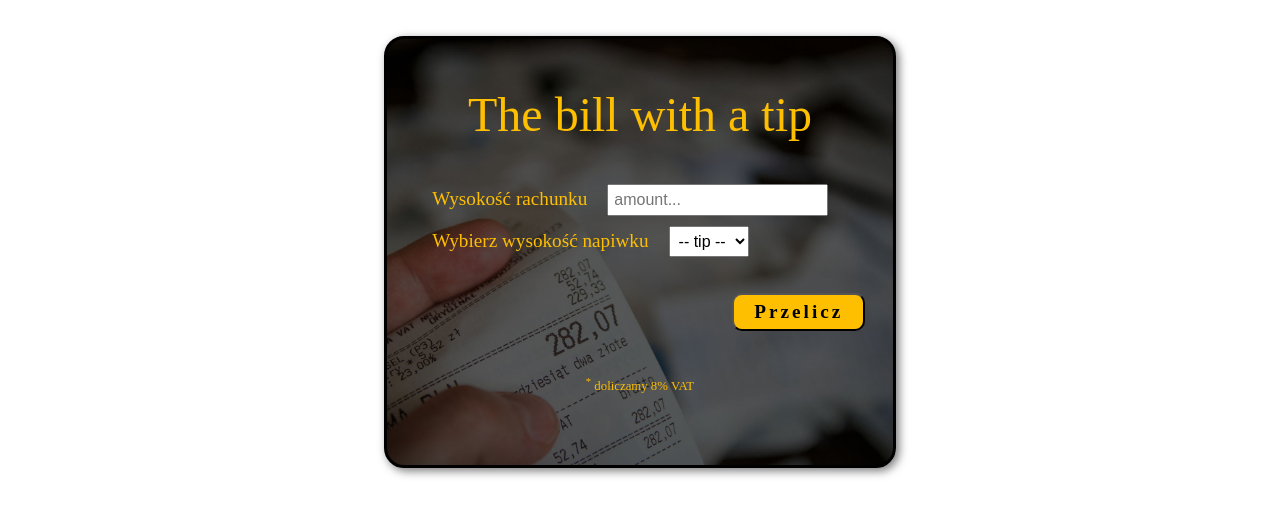
Repository: KrzysKolo/sr_tydzien4_zad1
Page: /
An editor plug-in stored every save of this project. The page is shown before and after the next save, followed by the edit.
The browser window is 1280 px wide. The pictures show the whole page.
Some web fonts or font styles are not loaded; a fallback is used. The project was rebuilt for these pictures with package versions that can differ from the ones it lists, and the page was loaded fresh each time.

Above is the page before, as saved 2020-11-06 14:34:18.

### public/index.html
<!DOCTYPE html>
<html lang="en">
  <head>
    <meta charset="utf-8" />
    <link rel="icon" href="%PUBLIC_URL%/favicon.ico" />
    <meta name="viewport" content="width=device-width, initial-scale=1" />
    <meta name="theme-color" content="#000000" />
    <meta
      name="description"
      content="Web site created using create-react-app"
    />
    <link rel="apple-touch-icon" href="%PUBLIC_URL%/logo192.png" />
    <!--
      manifest.json provides metadata used when your web app is installed on a
      user's mobile device or desktop. See https://developers.google.com/web/fundamentals/web-app-manifest/
    -->
    <link rel="manifest" href="%PUBLIC_URL%/manifest.json" />
    <!--
      Notice the use of %PUBLIC_URL% in the tags above.
      It will be replaced with the URL of the `public` folder during the build.
      Only files inside the `public` folder can be referenced from the HTML.

      Unlike "/favicon.ico" or "favicon.ico", "%PUBLIC_URL%/favicon.ico" will
      work correctly both with client-side routing and a non-root public URL.
      Learn how to configure a non-root public URL by running `npm run build`.
    -->
    <link href="https://fonts.googleapis.com/css2?family=Calligraffitti&family=Shadows+Into+Light+Two&family=Skranji&display=swap" rel="stylesheet">
    <title>Bill and tip</title>
  </head>
  <body>
    <noscript>You need to enable JavaScript to run this app.</noscript>
    <div id="root"></div>
    <!--
      This HTML file is a template.
      If you open it directly in the browser, you will see an empty page.

      You can add webfonts, meta tags, or analytics to this file.
      The build step will place the bundled scripts into the <body> tag.

      To begin the development, run `npm start` or `yarn start`.
      To create a production bundle, use `npm run build` or `yarn build`.
    -->
  </body>
</html>

### src/App.js
import './App.css';
import BillCard from './components/BillCard';
const App = () => {
  return (
    <div>
      <BillCard/>
    </div>
   );
}

export default App;

### src/components/BillCard.js
import React, { Component } from 'react';
import HeaderCard from './HeaderCard';
import SectionCard from './SectionCard';
import FooterCard from './FooterCard';
import './BillCard.css';
class BillCard extends Component {
    state = {  }
    render() {
        return (
            <div className="billCard__wrapper">
                <HeaderCard/>
                <SectionCard />
                <FooterCard />
            </div>
         );
    }
}

export default BillCard;

### src/components/HeaderCard.js
import React from 'react';
const HeaderCard = () => {
    return (
        <div className="billCard__header">
            The bill with a tip
        </div>
     );
}

export default HeaderCard;

### src/components/SectionCard.js
import React, { Component } from 'react';
import FormCard from './FormCard';

class SectionCard extends Component {
    state = {
        bill: {
            amount: "",
            tip: 0,
        },
        results: 0,
        show: true,
    }
     handleChange = e => {
        let  newBill = {
         ...this.state.bill,
         [e.target.name]: e.target.value,
         }

         this.setState({
             bill: newBill
         })
     }
     handleConvert = (e) => {
        e.preventDefault();
        const price = parseFloat(this.state.bill.amount)*1.08;
        const tip = parseFloat(this.state.bill.tip);
        const suma = (price+(price*tip)).toFixed(2);
         this.setState({
            results: suma,
            bill: {
                amount: "",
                tip: 0,
            },
            show: false,
         })
     }

     render() {

        return  this.state.show ? <FormCard bill={this.state.bill} result={this.state.result} show={this.state.show} handleChange={this.handleChange} handleConvert={this.handleConvert}/> :  <section className="billCard__section billCard__section--background"><p>Twój rachunek: {this.state.results} zł</p></section> ;
    }
}

export default SectionCard;

### src/components/FooterCard.js
import React from 'react';
const FooterCard = () => {
    return (
        <footer className="billCard__footer">
            <sup>*</sup> doliczamy 8% VAT
        </footer>
     );
}

export default FooterCard;

### src/components/BillCard.css
.billCard__wrapper {
  width: 40vw;
  height: 60vh;
  background: url("./../image/bill.jpg");
  background-size: cover;
  border: 3px solid black;
  border-radius: 20px;
  box-shadow: 3px 3px 10px #7a7a7a;
  display: flex;
  flex-direction: column;
  align-items: center;
  margin: 5vh auto;
}
.billCard__header {
  font-family: "Skranji", cursive;
  font-size: 3rem;
  color: rgb(253, 191, 0);
  margin-top: 3rem;
}
.billCard__section {
  margin-top: 2rem;
  height: 40%;
  width: 90%;
}
.billCard__section--background {
  background-color: rgba(253, 191, 0, 0.2);
  border-radius: 10px;
  box-shadow: inset 3px 3px 5px black;
}
.billCard__section p {
  font-family: "Shadows Into Light Two", cursive;
  font-size: 2rem;
  margin: 2rem auto 0 auto;
  color: rgb(253, 191, 0);

  text-align: center;
}
.label__BillCard {
  font-family: "Shadows Into Light Two", cursive;
  font-size: 1.2rem;
  color: rgb(253, 191, 0);
  padding: 20px;
}
.form__items {
  font-size: 1rem;
  padding: 5px;
  margin-top: 10px;
}
.btn__BillCard {
  font-family: "Shadows Into Light Two", cursive;
  font-size: 1.2rem;
  background-color: rgb(253, 191, 0);
  border-radius: 10px;
  cursor: pointer;
  margin: 5vh auto 2vh 25vw;
  padding: 6px 20px;
  transition: all ease-in-out 0.3s;
  letter-spacing: 3px;
  font-weight: bold;
}
.btn__BillCard:hover {
  background-color: rgba(253, 191, 0, 0.07);
  color: rgb(253, 191, 0);
}
.billCard__footer {
  color: rgb(253, 191, 0);
  font-family: "Shadows Into Light Two", cursive;
  font-size: 0.8rem;
  margin-top: 2rem;
}

### src/components/FormCard.js

import React from 'react';
const  FormCards = (props) => {
    return (
        <section className="billCard__section">
        <form>
            <label className="label__BillCard" htmlFor="form__input-amount">Wysokość rachunku</label>
            <input className="form__items"
                       type="text"
                       id="form__input-amount"
                       name="amount"
                       placeholder="amount..."
                       onChange={props.handleChange}
                       value={props.amount} /><br/>
            <label className="label__BillCard" htmlFor="form__select">Wybierz wysokość napiwku</label>
            <select className="form__items"
                           name="tip"
                           id="form__select"
                           onChange={props.handleChange}
                           value={props.tip}>
                               <option value=""> -- tip -- </option>
                               <option value="0.05">5%</option>
                               <option value="0.10">10%</option>
                               <option value="0.15">15%</option>
                               <option value="0.20">20%</option>
                </select> <br />
                <button className="btn__BillCard" type="submit" onClick={props.handleConvert}>Przelicz</button>
        </form>
    </section>
     );
}
export default FormCards;

Loaded but not shown: src/index.js (common file); src/index.css (common file); src/App.css (common file)

After the next save:
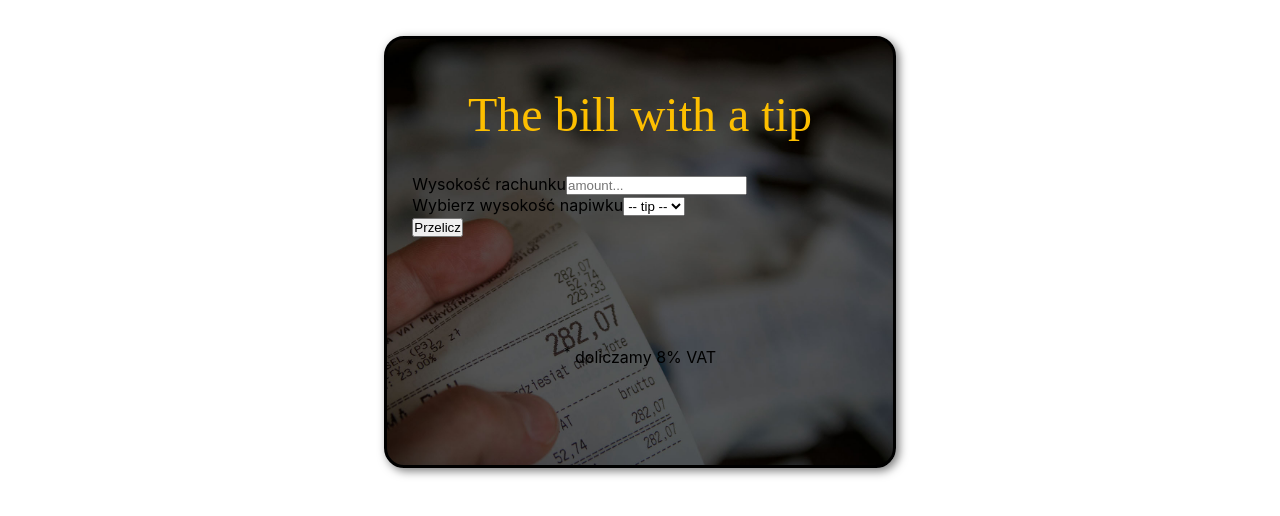
Saved 61 s later.
--- a/src/components/BillCard.css
+++ b/src/components/BillCard.css
@@ -23,7 +23,7 @@
   width: 90%;
 }
 .billCard__section--background {
-  background-color: rgba(253, 191, 0, 0.2);
+  background-color: rgba(253, 191, 0, 0.1;
   border-radius: 10px;
   box-shadow: inset 3px 3px 5px black;
 }

After the save that followed:
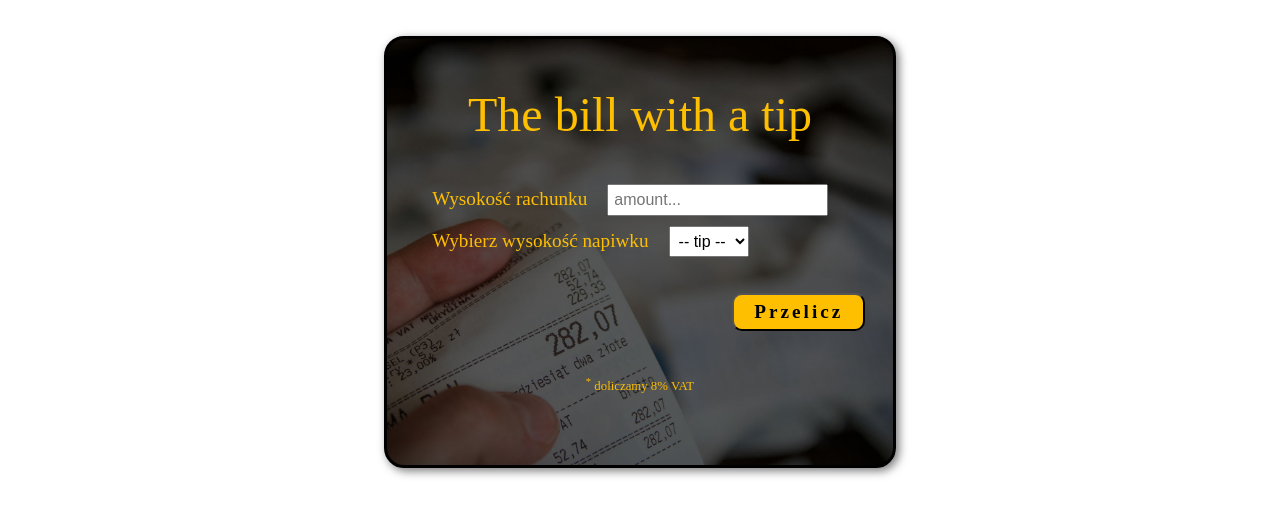
Saved 11 s later.
--- a/src/components/BillCard.css
+++ b/src/components/BillCard.css
@@ -23,7 +23,7 @@
   width: 90%;
 }
 .billCard__section--background {
-  background-color: rgba(253, 191, 0, 0.1;
+  background-color: rgba(253, 191, 0, 0.1);
   border-radius: 10px;
   box-shadow: inset 3px 3px 5px black;
 }
